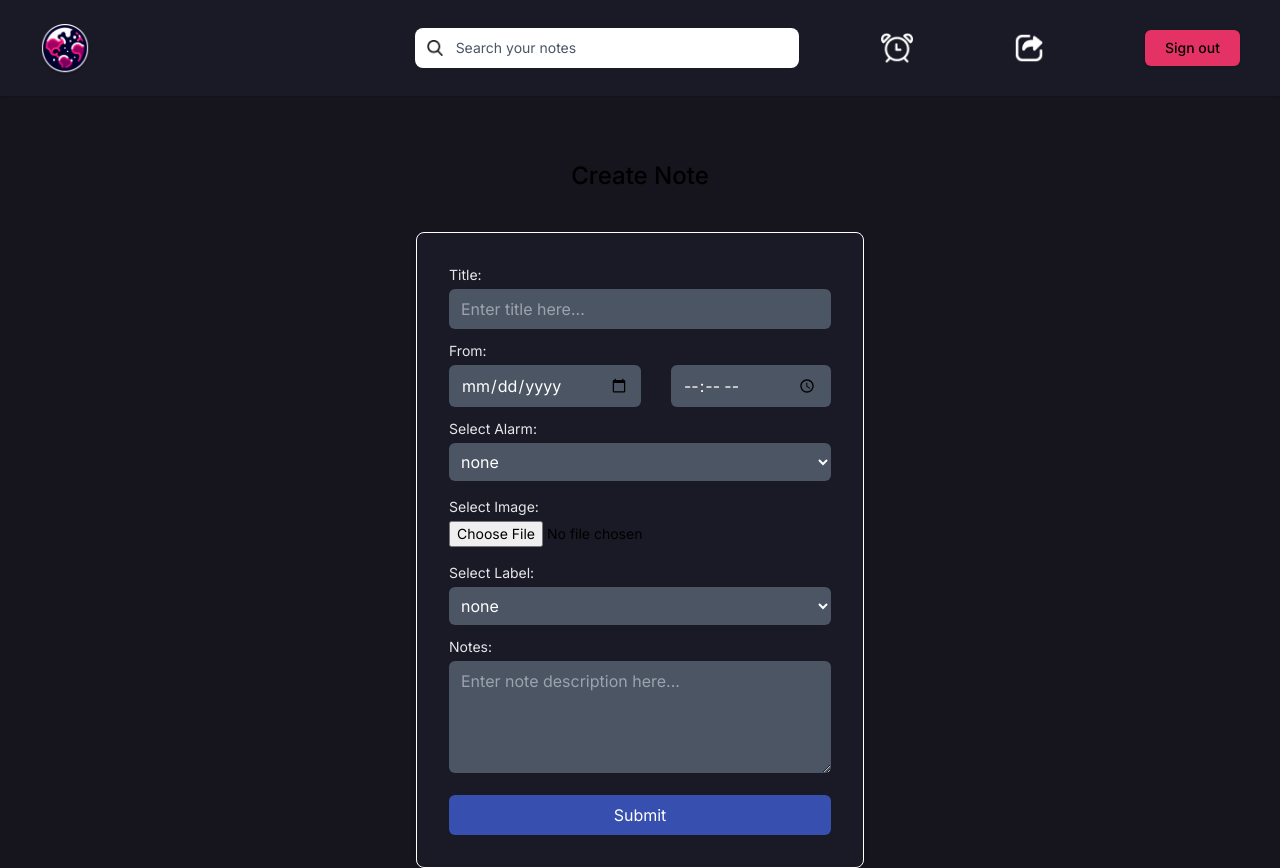
Repository: plan-it-earth/plan-it-earth
Page: /pages/calendar/createnote
These files come from the project's save history. The page is drawn as it stood at one moment and after the next save; the edit follows.
The browser window is 1280 px wide. The pictures show the whole page.
The project was rebuilt for these pictures with package versions that can differ from the ones it lists, and the page was loaded fresh each time. The framework's server and built-in components were replaced by stand-ins that run in the browser. Also part of the build but not shown: next.config.mjs.

Above is the page before, as saved 2024-04-18 19:16:46.

After the next save:
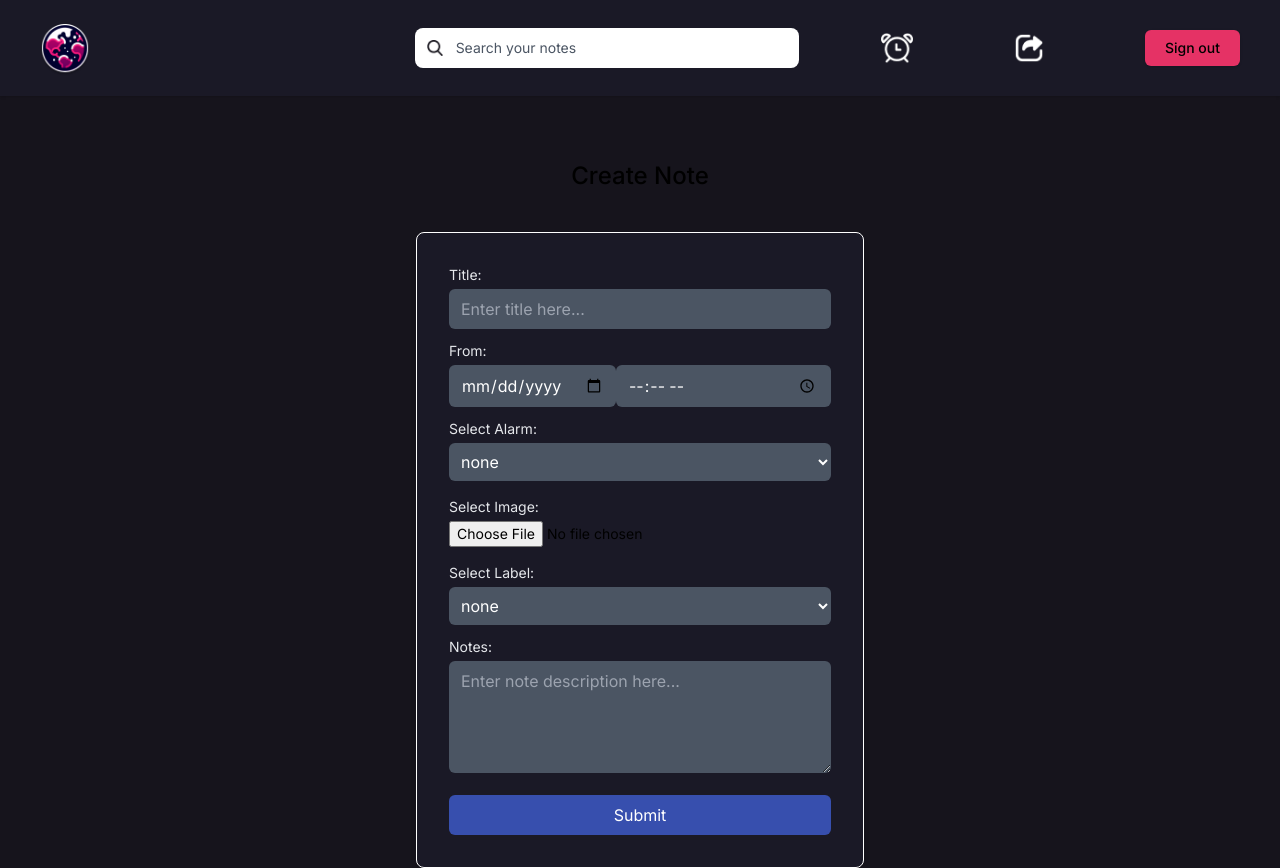
Saved 5 s later.
--- a/app/pages/calendar/createnote/page.jsx
+++ b/app/pages/calendar/createnote/page.jsx
@@ -147,7 +147,7 @@ export default function CreateNote() {
                         <label className="block text-sm font-normal mt-3 text-gray-200">From:</label>
                         <div className="flex flex-row justify-between">
                             <input type="date" id="date" name="date" required value={formData.date} onChange={handleDateChange} className="text-white bg-gray-600 mt-1 px-3 py-2 rounded-md w-48 dark focus:outline-none" />
-                            <input type="time" id="time" name="time" required value={time} onChange={handleTimeChange} className="text-white bg-gray-600 mt-1 px-3 py-2 rounded-md h-full w-40" />
+                            <input type="time" id="time" name="time" required value={time} onChange={handleTimeChange} className="text-white bg-gray-600 mt-1 px-3 py-2 rounded-md h-full w-full" />
                             {/*<input type="text" id="time" name="time" value={time} onChange={handleTimeChange} onBlur={validateTime} placeholder="12:00" className="text-white bg-gray-600 mt-1 px-3 py-2 rounded-md w-20 text-center focus:outline-none"/>
                             <select id="am/pm" className="text-white bg-gray-600 mt-1 p-2 rounded-md focus:outline-none">
                                 <option value="AM">AM</option>
